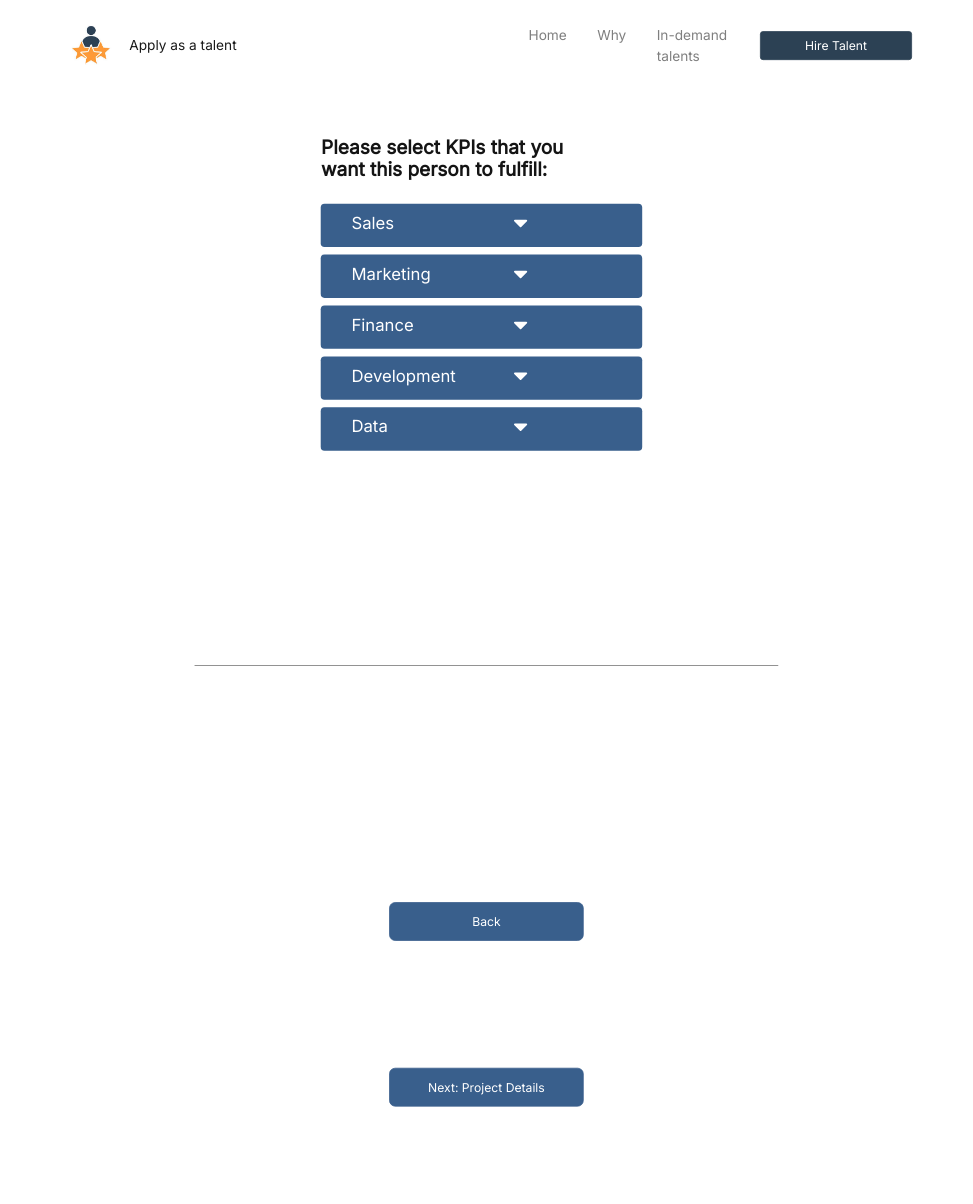
Repository: Ashwe9/talent-hire-reactJs
Page: /kpis
An editor plug-in stored every save of this project. The page is shown before and after the next save, followed by the edit.
The browser window is 1280 px wide. The pictures show the whole page, at 76% of full size.
The project was rebuilt for these pictures with package versions that can differ from the ones it lists, and the page was loaded fresh each time. A package was used in the major version that the imports need, not the one package.json lists. Also part of the build but not shown: src/homePage/components/TrustedBy/TrustedBy.css, src/homePage/components/TrustedBy/TrustedBy.js, src/homePage/components/Roles/Roles.css, src/homePage/components/Roles/Roles.js, src/homePage/components/homePageFooter/HomePageFooter.js, src/homePage/HomePage.js, src/kpisPage/Talents.css, src/kpisPage/Talents.js and 1 more.

Above is the page before, as saved 2022-08-18 18:00:50.

### public/index.html
<!DOCTYPE html>
<html lang="en">
  <head>
    <meta charset="utf-8" />
    <link rel="icon" href="%PUBLIC_URL%/favicon.ico" />
    <meta name="viewport" content="width=device-width, initial-scale=1" />
    <meta name="theme-color" content="#000000" />
    <meta
      name="description"
      content="Web site created using create-react-app"
    />
    <link rel="apple-touch-icon" href="%PUBLIC_URL%/logo192.png" />
    <link rel="manifest" href="%PUBLIC_URL%/manifest.json" />
    <link rel="stylesheet" href="https://stackpath.bootstrapcdn.com/bootstrap/4.4.1/css/bootstrap.min.css" integrity="sha384-Vkoo8x4CGsO3+Hhxv8T/Q5PaXtkKtu6ug5TOeNV6gBiFeWPGFN9MuhOf23Q9Ifjh" crossorigin="anonymous">
    <link href='https://fonts.googleapis.com/css?family=Inter' rel='stylesheet'>

    <title>App</title>
  </head>
  <body>
    <noscript>You need to enable JavaScript to run this app.</noscript>
    <div id="root"></div>
    <script src="https://code.jquery.com/jquery-3.4.1.slim.min.js" integrity="sha384-J6qa4849blE2+poT4WnyKhv5vZF5SrPo0iEjwBvKU7imGFAV0wwj1yYfoRSJoZ+n" crossorigin="anonymous"></script>
    <script src="https://cdn.jsdelivr.net/npm/popper.js@1.16.0/dist/umd/popper.min.js" integrity="sha384-Q6E9RHvbIyZFJoft+2mJbHaEWldlvI9IOYy5n3zV9zzTtmI3UksdQRVvoxMfooAo" crossorigin="anonymous"></script>
    <script src="https://stackpath.bootstrapcdn.com/bootstrap/4.4.1/js/bootstrap.min.js" integrity="sha384-wfSDF2E50Y2D1uUdj0O3uMBJnjuUD4Ih7YwaYd1iqfktj0Uod8GCExl3Og8ifwB6" crossorigin="anonymous"></script>  </body>
</html>

### src/App.js
import React from 'react'
import { BrowserRouter as Router, Route, Switch } from 'react-router-dom';
import { HomePage } from './homePage/HomePage';
import KPISPage from './kpisPage/KPISPage';
import ProjectDetails from './projectDetails/ProjectDetails';

function App() {
  return (
    <Router>
      <Switch>
        <Route exact path="/" component={HomePage} />
        <Route exact path="/kpis" component={KPISPage} />
        <Route exact path="/projectdetails" component={ProjectDetails} />
      </Switch>
    </Router>
  );
}

export default App;

### src/kpisPage/KPISPage.js
import React from 'react'
import './KPISPage.css'
import { Navbar } from '../shared-components/Navbar/Navbar'
import Header from './Header'
import DropDown from './DropDown'
import { Footer }from '../shared-components/Footer/Footer'

const KPISPage = () => {
  return (
    <div>
      <Navbar />
      <Header />
      <DropDown title="Sales"/>
      <DropDown title="Marketing"/>
      <DropDown title="Finance"/>
      <DropDown title="Development"/>
      <DropDown title="Data"/>
      <Footer nextTitle="Next: Project Details" nextPath="/projectdetails" previousPath="/" />
    </div>
  )
}

export default KPISPage

### src/shared-components/Navbar/Navbar.js
import React from 'react'
import './Navbar.css'
import { useHistory } from 'react-router-dom'

export const Navbar = () => {
  let history=useHistory();
  return (
    <nav className="navbar navbar-expand-lg navbar-light">
      <img src= {require('../../assets/icon.png')} className="icon"/>
      <a className="navbar-brand title" href="#">Apply as a talent</a>
      <button className="navbar-toggler" type="button" data-toggle="collapse" data-target="#navbarText" aria-controls="navbarText" aria-expanded="false" aria-label="Toggle navigation">
        <span className="navbar-toggler-icon"></span>
      </button>
      <div className="collapse navbar-collapse" id="navbarText">
        <ul className="navbar-nav mr-auto">
          <li className="nav-item">
            <a className="nav-link" href="#" onClick={() => {
                history.push('/');
              } }>Home</a>
          </li>

          <li className="nav-item">
            <a className="nav-link" href="#">Why</a>
          </li>
          <li className="nav-item">
            <a className="nav-link" href="#">In-demand talents</a>
          </li>
        </ul>
        <span className="navbar-text">
          <button className='btn btn-dark navbar-btn'>Hire Talent</button>
        </span>
      </div>
    </nav>
  )
}

### src/kpisPage/Header.js
import React from 'react'
import './Header.css'

const Header = () => {
  return (
    <div className='header-box'>
        <p className='header-by-title'>
            Please select KPIs that you want this person to fulfill:
        </p>
    </div>
  )
}

export default Header

### src/kpisPage/DropDown.js
import {FaCaretDown, FaCaretUp} from 'react-icons/fa'
import React , { useState } from 'react'
import './DropDown.css'
import { left } from '@popperjs/core'
import Talents from './Talents'


const DropDown = ({title}) => {
    const [x, setCount] = useState(0);
    const incrementCount = () => {
        setCount(x + 1);
      };

  return (
    <div>
        <div className='dropdown-box' onClick={incrementCount} >
            <p className='dropdown-title'>{title}</p>
            <a> { x%2===0 ? <FaCaretDown id='icon' size={30} style={{}} /> : <FaCaretUp id='icon' size={30} style={{}} />}</a>
        </div>
        { x%2===1 ? <Talents title={title}/> : <></>}
    </div>
  )
}

export default DropDown

### src/shared-components/Footer/Footer.js
import React from 'react'
import './Footer.css'
import { useHistory } from 'react-router-dom'


export const Footer = ({nextTitle, nextPath, previousPath}) => {
  let history =useHistory();

  return (
      <footer>
        <div className='Footer-box'>
            <hr id="footer-line"/>
        </div>
        <div className='buttons'>
          <span className="Footer-button-back">
                <button
                onClick={() => {
                  history.push({previousPath});
                } }
                className='btn btn-dark HomePageFooter-btn' >Back</button>
          </span>
          <span className="Footer-button-next">
                <button
                onClick={() => {
                  history.push({nextPath});
                } }
                className='btn btn-dark HomePageFooter-btn' >{nextTitle}</button>
          </span>
        </div>
      </footer>
    )
  }

### src/shared-components/Navbar/Navbar.css
.icon{
    width: 80px;
}

.title{
    font-family: "Inter";
    font-style: normal;
    font-weight: 500;
    font-size: 18px;
    line-height: 28px;
    align-items: center;
    color: #444444;
    padding-left: 10px;
}

#navbarText{
    margin-left: 30%;
}
.navbar-items{
    margin: 0 35%;

}

.nav-item{
    font-family: "Inter";
    font-style: normal;
    font-weight: 500;
    font-size: 18px;
    align-items: center;
    color: #444444;
    padding-left: 24px;
}

.navbar-btn{
    font-family: "Inter";
    font-style: bold;
    background: #2c4154;
    /* padding: 5px 50px; */
    border-color: #2c4154;
    width: 200px;
}

.navbar{
    margin: 10px 5%;
}

@media only screen and (max-width: 600px) {
    body {
      background-color: lightblue;
    }
  }

### src/homePage/components/homePageFooter/HomePageFooter.css
#HomePageFooter-line{
    background-color: gray;
    width: 61%;
}
.HomePageFooter-box{
    padding: 1%;
}

.HomePageFooter-btn{
    margin-top: 3%;
    /* margin-left: 30%; */
    font-family: "Inter";
    font-style: normal;
    background: #395f8c;
    padding: 1% 1%;
    border-color: #395f8c;
    height: 10%;
    width: 20%;
    border-radius: 0.5rem;
    margin-left: 40%;
    margin-bottom: 10%;
}

@media only screen and (max-width: 350px) {
    .HomePageFooter-btn{
        padding: 2% ;
        height: 10%;
        width: 40%;
        margin-left: 30%;
        font-size: 12px;
    }
}

### src/kpisPage/Header.css
.header-box{
    margin: 30px 30%;
    padding: 3%;
    padding-bottom: 0%;
    align-items: center;
    width: 35%;
}

.header-by-title{
    font-family: "Inter";
    font-style: bolder;
    font-weight: 700;
    font-size: 25px;
    line-height: 30px;
    align-items: center;
    color: #141414;
}


@media only screen and (max-width: 700px) {

    .header-by-title{
        font-size: 16px;
    }

    .header-box{
        margin-left: 90px;
        width: 100%;
    }
  }
@media only screen and (max-width: 450px) {
    .header-by-title{
        font-size: 13px;
    }
    .header-box{
        margin-left: 70px;
        width: 100%;
    }
}

### src/kpisPage/DropDown.css
.dropdown-box{
    margin: 0px 33%;
    padding-top: 10px;
    padding-bottom: 1px;
    width: 33%;
    background-color: #395f8c;
    border-radius: 5px;
    display: flex;
    cursor: pointer;
    margin-bottom: 10px;

}

.dropdown-title{
    font-family: "Inter";
    font-style: bolder;
    font-weight: 300;
    font-size: 22px;
    line-height: 30px;
    align-items: center;
    color: white;
    margin-left: 40px;
}

#icon{
    color: white;
    position:absolute;
    right:580px;
}


@media only screen and (max-width: 700px) {

    .dropdown-title{
        font-size: 16px;
        margin-left: 0;
    }

    .dropdown-box{
        margin-left: 70px;
        width: 60%;
    }
    #icon{
        opacity: 0;
    }
  }
@media only screen and (max-width: 450px) {
    .dropdown-title{
        font-size: 11px;
        margin-left: 0;
    }
    .dropdown-box{
        margin-left: 70px;
        width: 60%;
    }

    #icon{
        opacity: 0;
    }
}

### src/shared-components/Footer/Footer.css
#footer-line{
    background-color: gray;
}
.Footer-box{
    padding: 20%;
}

Loaded but not shown: src/index.js (common file); src/reportWebVitals.js (common file); src/index.css (no stored copy; drawn as an empty file); src/kpisPage/KPISPage.css (no stored copy; drawn as an empty file)

After the next save:
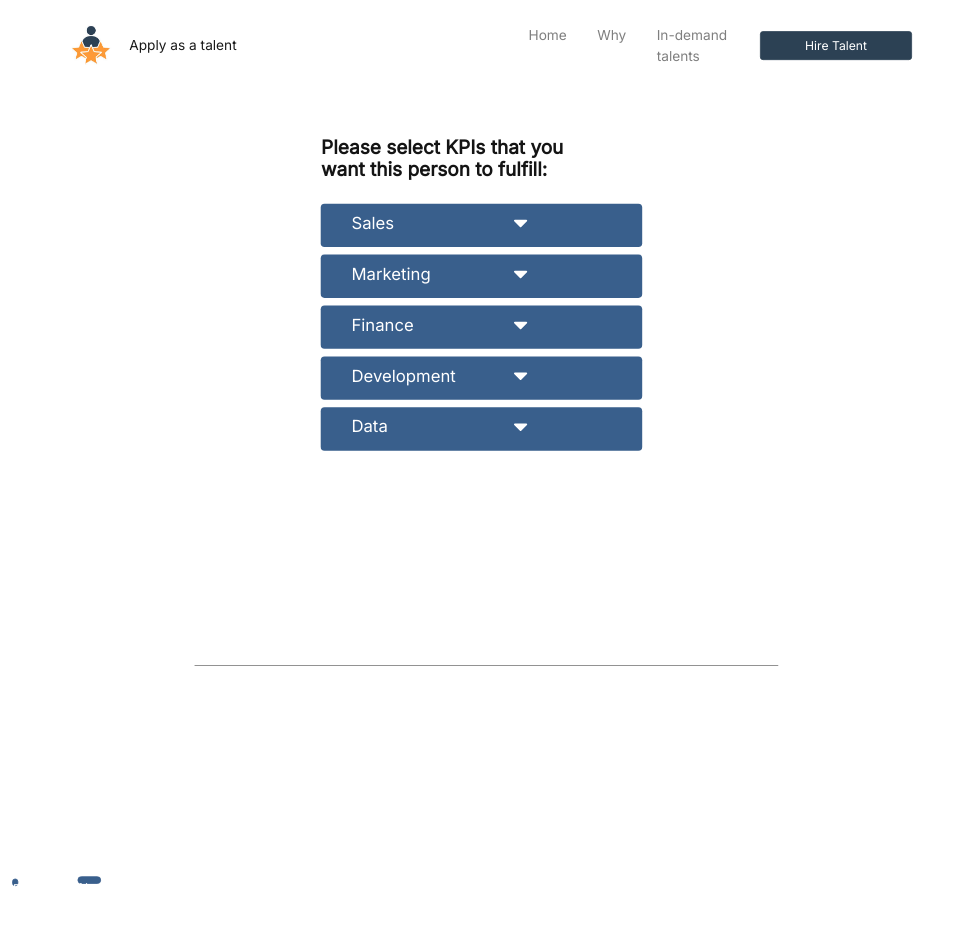
Saved 11 s later.
--- a/src/shared-components/Footer/Footer.css
+++ b/src/shared-components/Footer/Footer.css
@@ -4,3 +4,7 @@
 .Footer-box{
     padding: 20%;
 }
+
+.buttons{
+    display: flex;
+}
